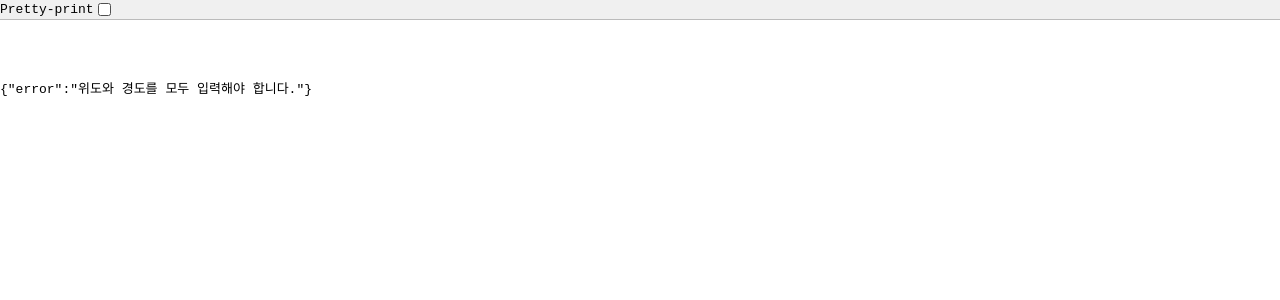
Repository: sangpyolee0/zerobase_task
Page: http://localhost/WifiProject/nearby-wifi.jsp
These files come from the project's save history. The page is drawn as it stood at one moment and after the next save; the edit follows.
The browser window is 1280 px wide. The pictures show the whole page.
The page is served by Tomcat 9. Other server files are loaded and not shown.

Above is the page before, as saved 2024-12-09 12:24:58.

### WifiProject/src/main/webapp/nearby-wifi.jsp
<%@ page language="java" contentType="application/json; charset=UTF-8" pageEncoding="UTF-8"%>
<%@ page import="com.example.wifi.DatabaseService" %>
<%@ page import="java.util.List" %>
<%
    String lat = request.getParameter("lat");
    String lnt = request.getParameter("lnt");

    if (lat == null || lnt == null || lat.trim().isEmpty() || lnt.trim().isEmpty()) {
        response.setStatus(400);
        out.print("{\"error\":\"위도와 경도를 모두 입력해야 합니다.\"}");
        return;
    }

    try {
        DatabaseService dbService = new DatabaseService();
        List<String[]> wifiList = dbService.getNearbyWifi(lat, lnt);

        if (wifiList == null || wifiList.isEmpty()) {
            response.setStatus(404);
            out.print("{\"error\":\"근처 WiFi 정보를 찾을 수 없습니다.\"}");
            return;
        }

        response.setContentType("application/json");
        response.setCharacterEncoding("UTF-8");

        out.print("[");
        for (int i = 0; i < wifiList.size(); i++) {
            String[] wifi = wifiList.get(i);
            out.print("{");
            out.print("\"distance\": \"" + wifi[0] + "\",");
            out.print("\"name\": \"" + wifi[1] + "\",");
            out.print("\"address\": \"" + wifi[2] + "\",");
            out.print("\"lat\": \"" + wifi[3] + "\",");
            out.print("\"lnt\": \"" + wifi[4] + "\"");
            out.print("}");
            if (i < wifiList.size() - 1) out.print(",");
        }
        out.print("]");
    } catch (Exception e) {
        response.setStatus(500);
        out.print("{\"error\":\"서버 오류: " + e.getMessage() + "\"}");
    }
%>

After the next save:
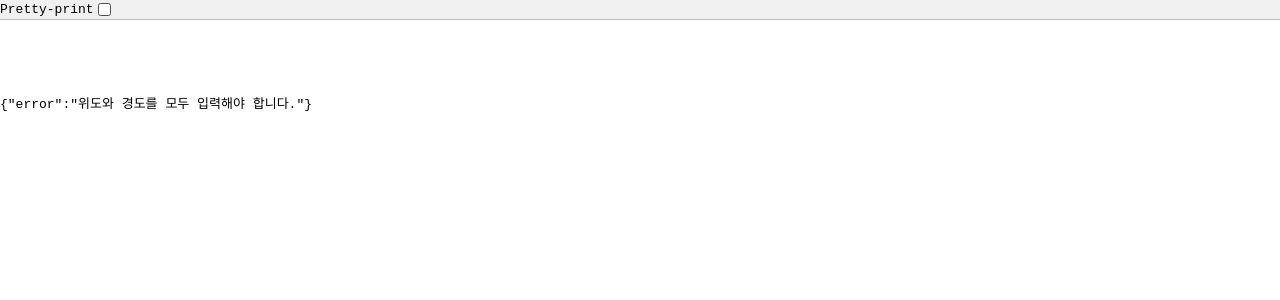
Saved 97 min 31 s later.
--- a/WifiProject/src/main/webapp/nearby-wifi.jsp
+++ b/WifiProject/src/main/webapp/nearby-wifi.jsp
@@ -1,12 +1,15 @@
 <%@ page language="java" contentType="application/json; charset=UTF-8" pageEncoding="UTF-8"%>
 <%@ page import="com.example.wifi.DatabaseService" %>
 <%@ page import="java.util.List" %>
+
 <%
+    // 위도와 경도 값을 가져옵니다.
     String lat = request.getParameter("lat");
     String lnt = request.getParameter("lnt");
 
+    // 입력 값 검증
     if (lat == null || lnt == null || lat.trim().isEmpty() || lnt.trim().isEmpty()) {
-        response.setStatus(400);
+        response.setStatus(400); // Bad Request
         out.print("{\"error\":\"위도와 경도를 모두 입력해야 합니다.\"}");
         return;
     }
@@ -16,7 +19,7 @@
         List<String[]> wifiList = dbService.getNearbyWifi(lat, lnt);
 
         if (wifiList == null || wifiList.isEmpty()) {
-            response.setStatus(404);
+            response.setStatus(404); // Not Found
             out.print("{\"error\":\"근처 WiFi 정보를 찾을 수 없습니다.\"}");
             return;
         }
@@ -38,7 +41,8 @@
         }
         out.print("]");
     } catch (Exception e) {
-        response.setStatus(500);
+        response.setStatus(500); // Internal Server Error
         out.print("{\"error\":\"서버 오류: " + e.getMessage() + "\"}");
+        e.printStackTrace(); // 콘솔에 오류 로그 출력
     }
 %>
